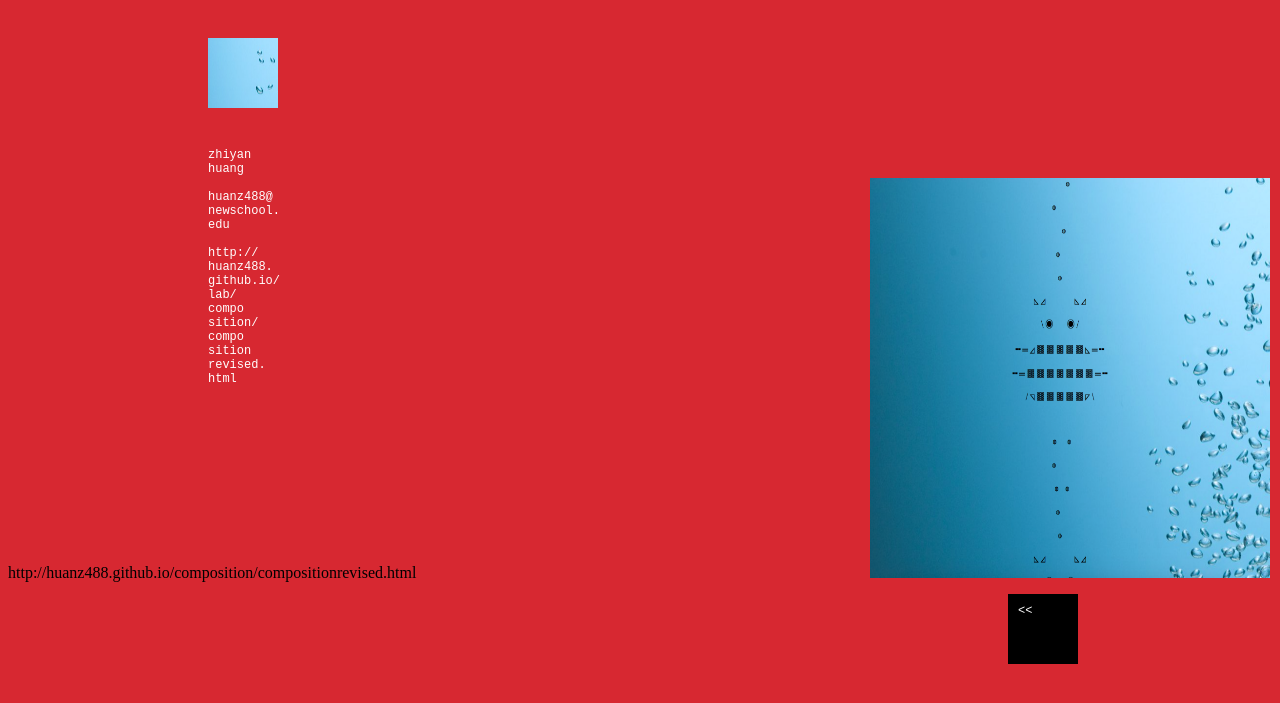
Repository: raghu225/raghu225.github.io
Page: archive/n_zhiyan.html
The author's editor kept a record of every edit. The page is drawn from the files as they stood at one moment, then again after the next edit.
The browser window is 1280 px wide. The pictures show the whole page.

Above is the page before.

### archive/n_zhiyan.html
<html>

    <head>
        <title>Zhiyan Huang</title>
        <link href="assets/css/style.css" rel="stylesheet" type="text/css" />
    </head>

    <body>

    <div class="wrapper">

        <img class="icon" src="assets/images/bluepic.png"/>
        <p class="text">
            zhiyan
            <br>
            huang
            <br>
            <br>
            huanz488@
            <br>
            newschool.
            <br>
            edu
            <br>
            <br>
            http://
            <br>
            huanz488.
            <br>
            github.io/
            <br>
            lab/
            <br>
            compo
            <br>
            sition/
            <br>
            compo
            <br>
            sition
            <br>
            revised.
            <br>
            html
        </p>

        http://huanz488.github.io/composition/compositionrevised.html


        <!--<div class="static-wrapper">-->
            <img class="static" src="assets/images/zhiyan.png"/>
        <!--</div>-->
        <a href="index.html"><div class="prev"><p><<</p></div></a>
    </body>

</html>

### archive/assets/css/style.css
body {
    background-color: #d72831;
}

.wrapper {
    /*width: 1000px;*/
    /*margin-top: 20px;*/
    /*margin-left: 300px;*/
    /*position: absolute;*/
    display: inline-block;
    width: 100%
}

.background {
    margin-left: 60px;
    margin-top: 30px;
    width: 70px;
    height: 70px;
    /*border: solid white;*/
    /*display: inline block;*/
    box-shadow: 1px 1px 12px #000000;
    transition: all .6s ease-in-out;
}

.vertical1 {
  position: absolute;
  margin-left: -342px;
  margin-top: -170px;
}

.vertical2 {
    position: absolute;
    margin-left: -342px;
    margin-top: -70px;
}

.vertical3 {
    position: absolute;
    margin-left: -342px;
    margin-top: 130px;
}


.background:hover {
    transform: scale(1.1);
}

.black {
    background-color: #000;
    /*display: inline-block;*/
    /*float: left;*/
}

.white {
    background-color: #fff;
    /*width: 90px;*/
    /*height: 90px;*/
    /*float: right;*/
    display: inline-block;
}

.grey:hover {
    background-color: black;
}

.text {
    font-family: 'courier new', courier;
    color: white;
    font-size: 12px;
    font-weight: lighter;
    width: 70px;
    margin-left: 200px;
    margin-top: 30px;
}

.icon {
    margin-left: 200px;
    margin-top: 30px;
    width: 70px;
    height: 70px;
}

.prev {
    background-color: black;
    width: 70px;
    height: 70px;
    /*margin-right: 0px;*/
    margin-top: 10px;
    margin-left: 1000px;
    text-decoration: none;
    color: white;
}

.left {
    float: left;
}

.static {
    /*position: absolute;*/
    width: 400px;
    height: 400px;
    margin-top: -220px;
    margin-left: 450px;
}

.static-wrapper {
    width: 100%;
}

p {
    margin-left: 10px;
    padding-top: 10px;
    font-family: 'courier new', courier;
    color: white;
    font-size: 12px;
    font-weight: lighter;
    /*position: relative;*/
}

a {
    text-decoration: none;
    color: white;
}

After the next edit:
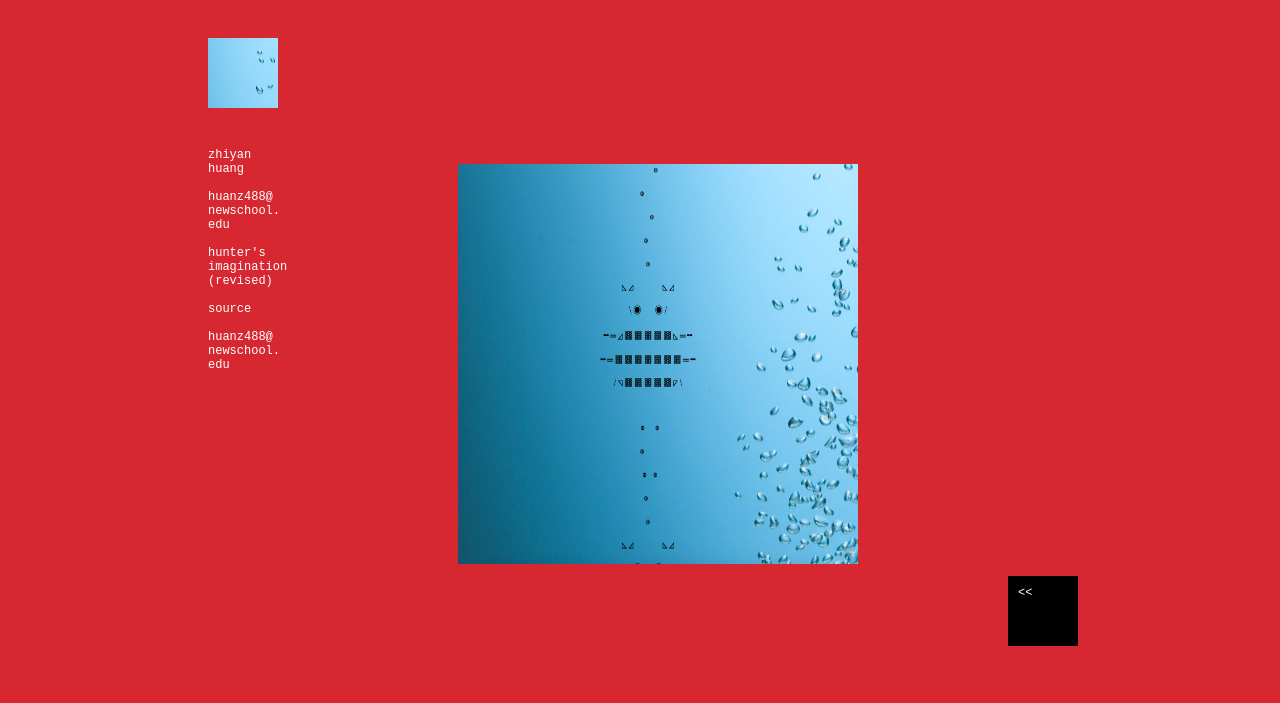
The edit:
--- a/archive/n_zhiyan.html
+++ b/archive/n_zhiyan.html
@@ -23,29 +23,22 @@
             edu
             <br>
             <br>
-            http://
+            hunter's
             <br>
-            huanz488.
+            imagination
             <br>
-            github.io/
+            (revised)
             <br>
-            lab/
             <br>
-            compo
+            <a href="http://penas326.github.io/lab/revisedcomposition/index.html">source</a>
             <br>
-            sition/
             <br>
-            compo
+            huanz488@
             <br>
-            sition
+            newschool.
             <br>
-            revised.
-            <br>
-            html
+            edu
         </p>
-
-        http://huanz488.github.io/composition/compositionrevised.html
-
 
         <!--<div class="static-wrapper">-->
             <img class="static" src="assets/images/zhiyan.png"/>
